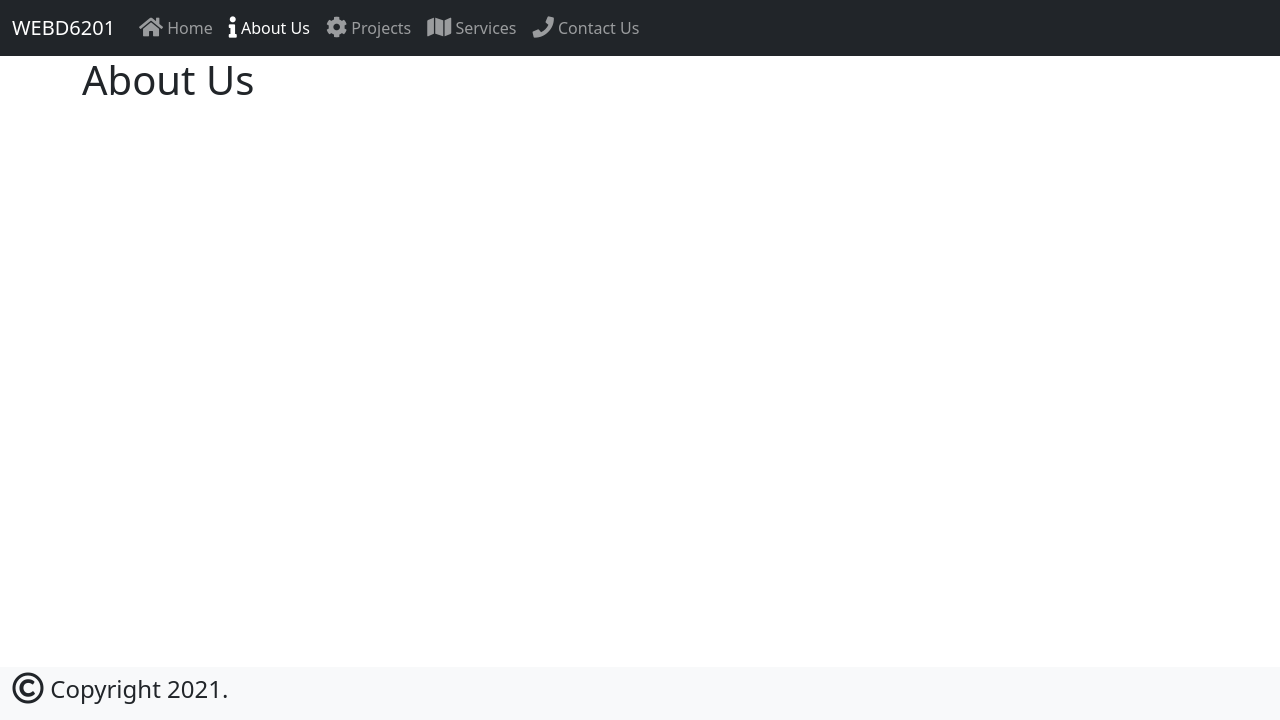
Repository: aphim/Webd6201-wk3
Page: contact-list.html
An editor plug-in stored every save of this project. The page is shown before and after the next save, followed by the edit.
The browser window is 1280 px wide. The pictures show the whole page.

Above is the page before, as saved 2021-01-28 09:33:33.

### contact-list.html
<!DOCTYPE html>
<html lang="en">
<head>
    <meta charset="UTF-8">
    <meta name="viewport" content="width=device-width, initial-scale=1.0">
    <title>About</title>
    <!-- CSS Section -->
    <link rel="stylesheet" href="./node_modules/bootstrap/dist/css/bootstrap.min.css">
    <link rel="stylesheet" href="./node_modules/@fortawesome/fontawesome-free/css/all.min.css">
    <link rel="stylesheet" href="./Content/app.css">
</head>
<body>
  <!-- Main Header-->
    <header>
      <!-- Main navigation-->
        <nav class="navbar navbar-expand-lg navbar-dark bg-dark">
            <div class="container-fluid">
              <a class="navbar-brand" href="index.html">WEBD6201</a>
              <button class="navbar-toggler" type="button" data-bs-toggle="collapse" data-bs-target="#navbarSupportedContent" aria-controls="navbarSupportedContent" aria-expanded="false" aria-label="Toggle navigation">
                <span class="navbar-toggler-icon"></span>
              </button>
              <div class="collapse navbar-collapse" id="navbarSupportedContent">
                <ul class="navbar-nav me-auto mb-2 mb-lg-0">
                  <li class="nav-item">
                    <a class="nav-link" aria-current="page" href="index.html"><i class="fas fa-home fa-lg"></i> Home</a>
                  </li>

                  <li class="nav-item">
                    <a class="nav-link active" aria-current="page" href="about.html"><i class="fas fa-info fa-lg"></i> About Us</a>
                  </li>

                  <li class="nav-item">
                    <a class="nav-link" aria-current="page" href="projects.html"><i class="fas fa-cog fa-lg"></i> Projects</a>
                  </li>

                  <li class="nav-item">
                    <a class="nav-link" aria-current="page" href="services.html"><i class="fas fa-map fa-lg"></i> Services</a>
                  </li>

                  <li class="nav-item">
                    <a class="nav-link" aria-current="page" href="contact.html"><i class="fas fa-phone fa-lg"></i> Contact Us</a>
                  </li>
                </ul>
              </div>
            </div>
          </nav>
    </header>

<!--Main Content-->
    <main class="container">
        <h1>About Us</h1>
    </main>

    <!-- Main footer-->
    <footer>
        <nav class="navbar fixed-bottom navbar-light bg-light">
            <div class="container-fluid">
              <h4><i class="far fa-copyright fa-lg"></i> Copyright 2021.</h4>
            </div>
          </nav>
    </footer>

    <!-- Script Section-->
    <script src="./node_modules/jquery/dist/jquery.min.js"></script>
    <script src="./node_modules/bootstrap/dist/js/bootstrap.bundle.min.js"></script>
    <script src="./Scripts/app.js"></script>
</body>
</html>

### Scripts/app.js
/* custom JavaScript goes here */

//IIFE - Immediately Invoked Function Expression
//AKA - Anonymous Self-Executing Function
//Closure - limits scope leak


"use strict";
/*
let myContact =
{
    "fullName":"Tom Smith",
    "ContactNumber":"4165555555",
    "EmailAddress":"tom@example.ca",
    "saysHello": function(){
        console.log(`${fullName} says Hello!`);
    },
    "someOtherList":{
        "friendsList":[
            "Peter Parker", "Tony stark", "Stephen Strange"
        ]
    }
};*/

(function()
{
function displayHome()
{

        let paragraphOneText = "This is a simple site to demonstrate DOM Manipulation for ICE 1";

        //Different ways to select a paragraph element "paragraph one"
        let paragraphOneElement = document.getElementById("paragraphOne");

        //let paragraphOneParagraph = document.getElementsByTagName("p")[0];
        //let paragraphOneQuery = document.querySelector("p");
        //console.log(paragraphOneElement);
        //console.log(paragraphOneParagraph);
        //console.log(paragraphOneQuery);

        paragraphOneElement.textContent = paragraphOneText;
        paragraphOneElement.className = "fs-5";

        // step 1. Create an element
        let newParagraph = document.createElement("p");
        //step 2. configure element
        newParagraph.setAttribute("id", "paragraphTwo");
        newParagraph.textContent = "...And this is paragraph two";
        //Step 3. select the parent element
        let mainContent = document.getElementsByTagName("main")[0];
        //step 4. Add/insert the element
        mainContent.appendChild(newParagraph);

        newParagraph.className = "fs-6";

        //////another way to add an element ///////
        //let paragraphThree =`<p class="fs-7 fw-bold">And this is the Third Paragraph</p>`;
        //mainContent.innerHTML = paragraphThree;

        let paragraphDiv = document.createElement("div");
        let paragraphThree = `<p id="paragraphThree" class="fs-7 fw-bold">And this is the third paragraph</p>`
        paragraphDiv.innerHTML = paragraphThree;

        //insertion before a node
        //newParagraph.before(paragraphDiv);
        newParagraph.after(paragraphDiv);

        //deletions
        //paragraphOneElement.remove();
        mainContent.removeChild(paragraphOneElement);

        //Update / modification of an element
        //mainContent.firstElementChild.textContent = "Welcome Home!";

        mainContent.innerHTML =
        `<h1 id="firstHeading">Welcome to WEBD6201 - Lab 1</h1>
        <p id="paragraphOne" class="fs-3 fw-bold">This is my first paragraph</p>`

}
function displayAbout()
{

}
function displayProjects()
{

}
function displayServices()
{

}
function displayContact()
{
    let messageArea = document.getElementById("messageArea");
    messageArea.hidden = true;
    //form validation
    let fullName = document.getElementById("fullName");
        fullName.addEventListener("blur", function()
        {
            if(fullName.value.length < 2)
            {
                fullName.focus();
                fullName.select();
                messageArea.hidden = false;
                messageArea.textContent = "Please enter an appropriate Name";
            }
            else
            {
                messageArea.removeAttribute("class");
                messageArea.hidden = true;
            }
        });

    let sendButton = document.getElementById("sendButton");
    sendButton.addEventListener("click", function(event)
    {
        //event.preventDefault();
        let contact = new Contact(fullName.value, contactNumber.value, emailAddress.value);

        if(contact.serialize())
        {
            localStorage.setItem((localStorage.length + 1).toString(), contact.serialize());
        }

    });
}




    function Start()
    {
        console.log("App Started...");

        switch(document.title)
        {
            case "Home":
                displayHome();
                break;
            case "About":
                displayAbout();
                break;
            case "Projects":
                displayProjects();
                break;
            case "Services":
                displayServices();
                break;
            case "Contact":
                displayContact();
                break;
        }

    }



    window.addEventListener("load", Start);

})();

### Scripts/contact.js
"use strict";
// Contact Class
class Contact {

    //Mutator
    get FullName()
    {
        return this.m_fullName;
    }
    set FullName(value)
    {
        this.m_fullName = value;
    }
    get ContactNumber()
    {
        return this.m_fullName;
    }
    set ContactNumber(value)
    {
        this.m_fullName = value;
    }
    get EmailAddress()
    {
        return this.m_fullName;
    }
    set EmailAddress(value)
    {
        this.m_fullName = value;
    }

    /**
     * Contact class constructor
     * @param {*} fullName
     * @param {*} contactNumber
     * @param {*} emailAddress
     */
    constructor(fullName = "", contactNumber = "", emailAddress = "") {
        this.FullName = fullName;
        this.ContactNumber = contactNumber;
        this.EmailAddress = emailAddress;
    }

    /**
     *This method overrides the built in toString method for the contact class
     * @returns {string}
     */
    toString() {
        return `Full Name  : ${this.FullName} \nContact Number: ${this.ContactNumber} \nEmail Address: ${this.EmailAddress}`;
    }

    /**
     * This method returns a JSON object made up of the properties of teh contact class
     *
     * @returns {Object}
     */
    toJSON()
    {
        return {
            "fullName":this.FullName,
            "contactNumber": this.ContactNumber,
            "enailAddress": this.EmailAddress
        }
    }

    /**
     * This method converts the contact into a coma-separated value string
     * @returns {string}
     */
    serialize()
    {
        if (this.FullName !== "" && this.ContactNumber !== "" && this.EmailAddress !== "")
        {
            return `${this.FullName},${this.ContactNumber},${this.EmailAddress}`;
        }
        else if (this.FullName === "" && this.ContactNumber === "" && this.EmailAddress === "")
        {
            console.error("One or more properties of the Contact is empty");
            return null;
        }
    }

    /**
     *This method takes a coma-separated data string and assigns the value to the contact class properties
     * @param {string} data
     * @return {void}
     */
    deserialize(data)
    {
        let propertyArray = data.split(",");
        this.FullName = propertyArray[0];
        this.ContactNumber = propertyArray[1];
        this.EmailAddress = propertyArray[2];
    }
}

Loaded but not shown: node_modules/bootstrap/dist/css/bootstrap.min.css (library); node_modules/@fortawesome/fontawesome-free/css/all.min.css (library); Content/app.css (common file); node_modules/jquery/dist/jquery.min.js (library); node_modules/bootstrap/dist/js/bootstrap.bundle.min.js (library)

After the next save:
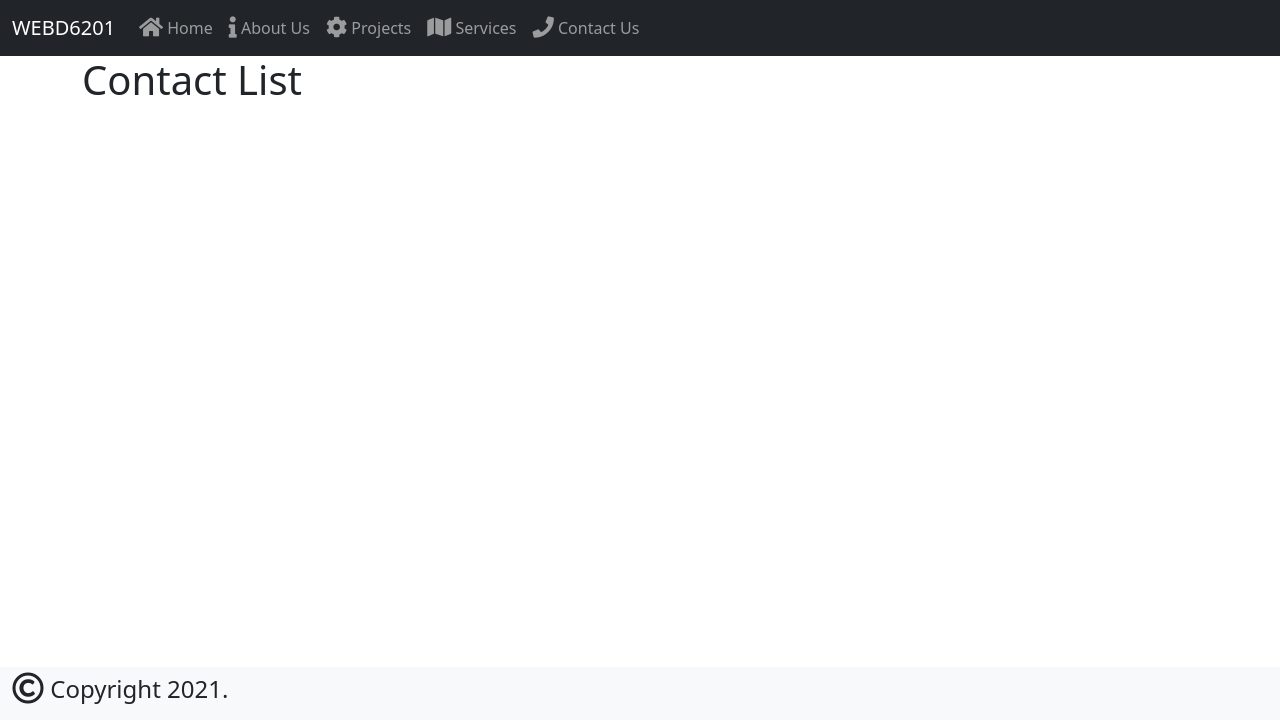
Saved 69 s later.
--- a/contact-list.html
+++ b/contact-list.html
@@ -3,7 +3,7 @@
 <head>
     <meta charset="UTF-8">
     <meta name="viewport" content="width=device-width, initial-scale=1.0">
-    <title>About</title>
+    <title>Contact List</title>
     <!-- CSS Section -->
     <link rel="stylesheet" href="./node_modules/bootstrap/dist/css/bootstrap.min.css">
     <link rel="stylesheet" href="./node_modules/@fortawesome/fontawesome-free/css/all.min.css">
@@ -26,7 +26,7 @@
                   </li>
 
                   <li class="nav-item">
-                    <a class="nav-link active" aria-current="page" href="about.html"><i class="fas fa-info fa-lg"></i> About Us</a>
+                    <a class="nav-link" aria-current="page" href="about.html"><i class="fas fa-info fa-lg"></i> About Us</a>
                   </li>
 
                   <li class="nav-item">
@@ -48,7 +48,7 @@
 
 <!--Main Content-->
     <main class="container">
-        <h1>About Us</h1>
+        <h1>Contact List</h1>
     </main>
 
     <!-- Main footer-->
@@ -63,6 +63,7 @@
     <!-- Script Section-->
     <script src="./node_modules/jquery/dist/jquery.min.js"></script>
     <script src="./node_modules/bootstrap/dist/js/bootstrap.bundle.min.js"></script>
+    <script src="./Scripts/contact.js"></script>
     <script src="./Scripts/app.js"></script>
 </body>
 </html>
